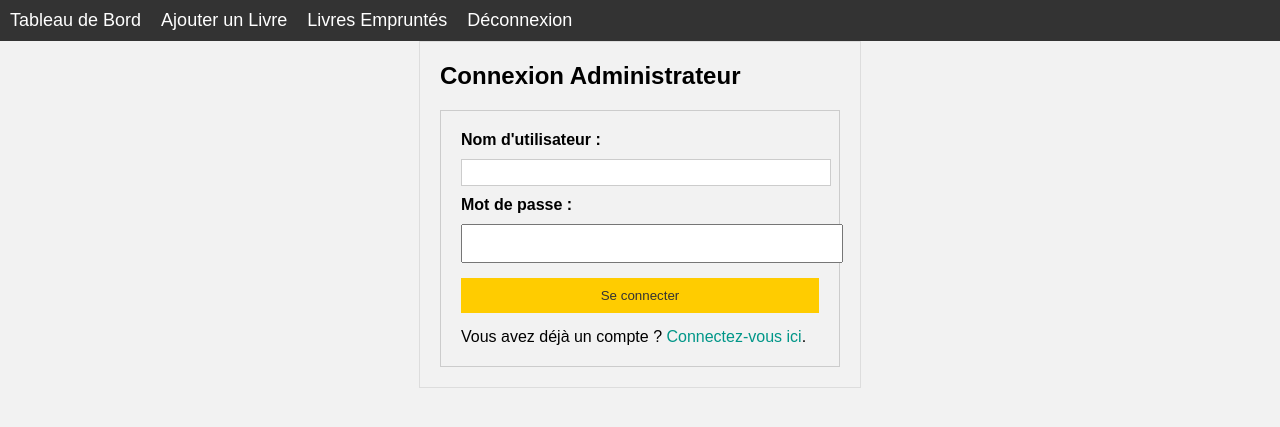
Repository: Eurin-lumen/space
Page: http://localhost/admin/admin_login.php
The author's editor kept a copy of each file at every save. The page is drawn from the files as they stood at one save, then again after the next save.
The browser window is 1280 px wide. The pictures show the whole page.
The page is run by PHP 8.4 with error messages shown; the project is at /var/www/html/.

Above is the page before, as saved 2023-07-23 04:02:15.

### admin/admin_login.php
<!DOCTYPE html>
<html>
<head>
    <title>Connexion Administrateur</title>
    <link rel="stylesheet" type="text/css" href="../css/style.css">
    <link rel="stylesheet" type="text/css" href="admin_style.css">
</head>
<body>
    <?php include 'admin_nav.php'; ?>

    <div class="login-form">
        <h2>Connexion Administrateur</h2>
        <?php
        // Inclure le fichier de fonctions
        require_once '../includes/functions.php';

        // Vérifier si l'administrateur est déjà connecté
        if (isAdminLoggedIn()) {
            header("Location: admin_dashboard.php");
            exit();
        }

        // Vérifier si le formulaire de connexion a été soumis
        if ($_SERVER["REQUEST_METHOD"] == "POST") {
            // Récupérer les données du formulaire
            $username = $_POST["username"];
            $password = $_POST["password"];

            // Connecter l'administrateur
            $result = adminLogin($username, $password);

            if ($result === true) {
                // Rediriger vers le tableau de bord de l'administrateur après une connexion réussie
                header("Location: admin_dashboard.php");
                exit();
            } elseif ($result === false) {
                echo '<p class="error-message">Nom d\'utilisateur ou mot de passe incorrect.</p>';
            }
        }
        ?>

        <form action="" method="post">
            <label for="username">Nom d'utilisateur :</label>
            <input type="text" id="username" name="username" required>

            <label for="password">Mot de passe :</label>
            <input type="password" id="password" name="password" required>

            <input type="submit" value="Se connecter">

            <p>Vous avez déjà un compte ? <a href="admin_login.php">Connectez-vous ici</a>.</p>

        </form>
    </div>
</body>
</html>

### admin/admin_nav.php
<nav class="admin-nav">
    <ul>
        <li><a href="admin_dashboard.php">Tableau de Bord</a></li>
        <li><a href="add_book.php">Ajouter un Livre</a></li>
        <li><a href="borrowed_books.php">Livres Empruntés</a></li>
        <li><a href="admin_logout.php">Déconnexion</a></li>
    </ul>
</nav>

### includes/functions.php
<?php
require_once 'config.php';
///* CAPITAINE *////

// Fonction pour récupérer tous les livres de la base de données
function getAllBooks() {
    global $conn;

    $sql = "SELECT * FROM books";
    $result = mysqli_query($conn, $sql);

    $books = array();

    while ($row = mysqli_fetch_assoc($result)) {
        $books[] = $row;
    }

    return $books;
}


//**END CAPITAINE */

// Fonction pour vérifier les informations de connexion de l'utilisateur
function checkLogin($username, $password) {
    global $conn;
    $sql = "SELECT id, password FROM users WHERE username = ?";
    $stmt = mysqli_prepare($conn, $sql);

    if (!$stmt) {
        return false;
    }

    mysqli_stmt_bind_param($stmt, "s", $username);
    mysqli_stmt_execute($stmt);
    mysqli_stmt_bind_result($stmt, $user_id, $hashed_password);
    mysqli_stmt_fetch($stmt);
    mysqli_stmt_close($stmt);

    // Vérifier si le mot de passe haché correspond au mot de passe saisi
    if (password_verify($password, $hashed_password)) {
        return $user_id;
    } else {
        return false;
    }
}

// Fonction pour ajouter un nouvel utilisateur
function addUser($username, $hashed_password) {
    global $conn;
    $sql = "INSERT INTO users (username, password) VALUES (?, ?)";
    $stmt = mysqli_prepare($conn, $sql);

    if (!$stmt) {
        return false;
    }

    mysqli_stmt_bind_param($stmt, "ss", $username, $hashed_password);
    $result = mysqli_stmt_execute($stmt);
    mysqli_stmt_close($stmt);

    return $result;
}

// Fonction pour récupérer les informations de l'utilisateur par son ID
function getUserById($user_id) {
    global $conn;
    $sql = "SELECT id, username, role FROM users WHERE id = ?";
    $stmt = mysqli_prepare($conn, $sql);

    if (!$stmt) {
        return null;
    }

    mysqli_stmt_bind_param($stmt, "i", $user_id);
    mysqli_stmt_execute($stmt);
    mysqli_stmt_bind_result($stmt, $id, $username, $role);
    mysqli_stmt_fetch($stmt);
    mysqli_stmt_close($stmt);

    if (!$id) {
        return null;
    }

    return ['id' => $id, 'username' => $username, 'role' => $role];
}

// Fonction pour récupérer les informations de l'utilisateur par son nom d'utilisateur
function getUserByUsername($username) {
    global $conn;
    $sql = "SELECT id, username FROM users WHERE username = ?";
    $stmt = mysqli_prepare($conn, $sql);

    if (!$stmt) {
        return null;
    }

    mysqli_stmt_bind_param($stmt, "s", $username);
    mysqli_stmt_execute($stmt);
    mysqli_stmt_bind_result($stmt, $id, $username);
    mysqli_stmt_fetch($stmt);
    mysqli_stmt_close($stmt);

    if (!$id) {
        return null;
    }

    return ['id' => $id, 'username' => $username];
}


// Fonction pour récupérer les livres empruntés par un utilisateur par son ID
function getBorrowedBooksByUserId($user_id) {
    global $conn;

    $sql = "SELECT books.title, books.author, books.borrow_date FROM borrowed_books JOIN books ON borrowed_books.book_id = books.id WHERE borrowed_books.user_id = ?";
    $stmt = mysqli_prepare($conn, $sql);

    if (!$stmt) {
        return array();
    }

    mysqli_stmt_bind_param($stmt, "i", $user_id);

    if (mysqli_stmt_execute($stmt)) {
        $result = mysqli_stmt_get_result($stmt);
        $borrowedBooks = array();
        while ($book = mysqli_fetch_assoc($result)) {
            $borrowedBooks[] = $book;
        }
        return $borrowedBooks;
    } else {
        return array();
    }
}

// Fonction pour récupérer les informations d'un livre à partir de son identifiant
function getBookById($bookId) {
    global $conn;

    // Préparer la requête SQL pour récupérer les informations du livre
    $sql = "SELECT * FROM books WHERE id = ?";
    $stmt = mysqli_prepare($conn, $sql);

    // Vérifier si la préparation de la requête a réussi
    if (!$stmt) {
        return null; // Une erreur s'est produite lors de la préparation de la requête
    }

    mysqli_stmt_bind_param($stmt, "i", $bookId);

    // Exécuter la requête
    if (mysqli_stmt_execute($stmt)) {
        // Récupérer le résultat de la requête
        $result = mysqli_stmt_get_result($stmt);

        // Vérifier si un livre a été trouvé
        if (mysqli_num_rows($result) === 1) {
            // Récupérer les informations du livre
            $book = mysqli_fetch_assoc($result);
            return $book; // Retourner les informations du livre
        } else {
            return null; // Aucun livre trouvé avec l'identifiant donné
        }
    } else {
        return null; // Une erreur s'est produite lors de l'exécution de la requête
    }
}


// Fonction pour emprunter un livre
function borrowBook($userId, $bookId) {
    global $conn;

    // Vérifier le nombre d'emprunts en cours de l'utilisateur
    $borrowedBooksCount = getBorrowedBooksCount($userId);
    if ($borrowedBooksCount >= 3) {
        return false; // Limite d'emprunts atteinte, impossible d'emprunter plus de livres
    }

    // Vérifier si le livre est disponible (au moins une copie disponible)
    $book = getBookById($bookId);
    if ($book['copies'] <= 0) {
        return false; // Livre indisponible, aucune copie disponible pour l'emprunt
    }

    // Préparer la requête SQL pour enregistrer l'emprunt du livre
    $sql = "INSERT INTO borrowings (user_id, book_id, borrow_date) VALUES (?, ?, NOW())";
    $stmt = mysqli_prepare($conn, $sql);

    // Vérifier si la préparation de la requête a réussi
    if (!$stmt) {
        return false; // Une erreur s'est produite lors de la préparation de la requête
    }

    mysqli_stmt_bind_param($stmt, "ii", $userId, $bookId);

    // Exécuter la requête
    if (mysqli_stmt_execute($stmt)) {
        // Mettre à jour le nombre de copies disponibles du livre
        $updatedCopies = $book['copies'] - 1;
        updateBookCopies($bookId, $updatedCopies);
        return true; // Livre emprunté avec succès
    } else {
        return false; // Une erreur s'est produite lors de l'emprunt du livre
    }
}

// Fonction pour retourner un livre
function returnBook($userId, $bookId) {
    global $conn;

    // Vérifier si l'utilisateur a emprunté le livre
    if (!isBookBorrowedByUser($userId, $bookId)) {
        return false; // L'utilisateur n'a pas emprunté ce livre, impossible de le retourner
    }

    // Préparer la requête SQL pour supprimer l'emprunt du livre
    $sql = "DELETE FROM borrowings WHERE user_id = ? AND book_id = ?";
    $stmt = mysqli_prepare($conn, $sql);

    // Vérifier si la préparation de la requête a réussi
    if (!$stmt) {
        return false; // Une erreur s'est produite lors de la préparation de la requête
    }

    mysqli_stmt_bind_param($stmt, "ii", $userId, $bookId);

    // Exécuter la requête
    if (mysqli_stmt_execute($stmt)) {
        // Mettre à jour le nombre de copies disponibles du livre
        $book = getBookById($bookId);
        $updatedCopies = $book['copies'] + 1;
        updateBookCopies($bookId, $updatedCopies);
        return true; // Livre retourné avec succès
    } else {
        return false; // Une erreur s'est produite lors du retour du livre
    }
}


// Fonction pour récupérer le nombre d'emprunts d'un utilisateur
function getBorrowedBooksCount($userId) {
    global $conn;

    // Préparer la requête SQL pour compter le nombre d'emprunts de l'utilisateur
    $sql = "SELECT COUNT(*) AS count FROM borrowings WHERE user_id = ?";
    $stmt = mysqli_prepare($conn, $sql);

    // Vérifier si la préparation de la requête a réussi
    if (!$stmt) {
        return 0; // Une erreur s'est produite lors de la préparation de la requête
    }

    mysqli_stmt_bind_param($stmt, "i", $userId);

    // Exécuter la requête
    mysqli_stmt_execute($stmt);

    // Récupérer le résultat de la requête
    $result = mysqli_stmt_get_result($stmt);

    // Récupérer le nombre d'emprunts
    $row = mysqli_fetch_assoc($result);
    $count = $row['count'];

    return $count;
}


// Fonction pour vérifier si un livre est emprunté par un utilisateur
function isBookBorrowedByUser($userId, $bookId) {
    global $conn;

    // Préparer la requête SQL pour vérifier si le livre est emprunté par l'utilisateur
    $sql = "SELECT * FROM borrowings WHERE user_id = ? AND book_id = ?";
    $stmt = mysqli_prepare($conn, $sql);

    // Vérifier si la préparation de la requête a réussi
    if (!$stmt) {
        return false; // Une erreur s'est produite lors de la préparation de la requête
    }

    mysqli_stmt_bind_param($stmt, "ii", $userId, $bookId);

    // Exécuter la requête
    mysqli_stmt_execute($stmt);

    // Récupérer le résultat de la requête
    $result = mysqli_stmt_get_result($stmt);

    // Vérifier si le livre est emprunté par l'utilisateur
    if (mysqli_num_rows($result) > 0) {
        return true; // Le livre est emprunté par l'utilisateur
    } else {
        return false; // Le livre n'est pas emprunté par l'utilisateur
    }
}

// Fonction pour rechercher des livres par titre ou auteur
function searchBooks($keyword) {
    global $conn;
    $sql = "SELECT * FROM books WHERE title LIKE ? OR author LIKE ?";
    $stmt = mysqli_prepare($conn, $sql);

    if (!$stmt) {
        return null;
    }

    $searchKeyword = "%" . $keyword . "%";
    mysqli_stmt_bind_param($stmt, "ss", $searchKeyword, $searchKeyword);
    mysqli_stmt_execute($stmt);
    $result = mysqli_stmt_get_result($stmt);
    mysqli_stmt_close($stmt);

    $books = array();
    while ($row = mysqli_fetch_assoc($result)) {
        $books[] = $row;
    }

    return $books;
}


/** PART ADMIN */

function getAdminById($admin_id) {
    global $conn;
    $sql = "SELECT id, username FROM admins WHERE id = ?";
    $stmt = mysqli_prepare($conn, $sql);

    if (!$stmt) {
        return null;
    }

    mysqli_stmt_bind_param($stmt, "i", $admin_id);
    mysqli_stmt_execute($stmt);
    mysqli_stmt_bind_result($stmt, $id, $username);
    mysqli_stmt_fetch($stmt);
    mysqli_stmt_close($stmt);

    if (!$id) {
        return null;
    }

    return ['id' => $id, 'username' => $username];
}

function getAdminByUsername($username) {
    global $conn;
    $sql = "SELECT id, username, password FROM admins WHERE username = ?";
    $stmt = mysqli_prepare($conn, $sql);

    if (!$stmt) {
        return null;
    }

    mysqli_stmt_bind_param($stmt, "s", $username);
    mysqli_stmt_execute($stmt);
    mysqli_stmt_bind_result($stmt, $id, $username, $hashedPassword);
    mysqli_stmt_fetch($stmt);
    mysqli_stmt_close($stmt);

    if (!$id) {
        return null;
    }

    return ['id' => $id, 'username' => $username, 'password' => $hashedPassword];
}

// Fonction pour enregistrer un nouvel administrateur

function registerAdmin($username, $password, $confirm_password) {
    global $conn;

    // Vérifier si les mots de passe correspondent
    if ($password !== $confirm_password) {
        return false; // Les mots de passe ne correspondent pas
    }

    // Vérifier si l'administrateur existe déjà dans la base de données
    $query = "SELECT id FROM admins WHERE username = ?";
    $stmt = mysqli_prepare($conn, $query);

    if (!$stmt) {
        return false; // Une erreur s'est produite lors de la préparation de la requête
    }

    mysqli_stmt_bind_param($stmt, "s", $username);
    mysqli_stmt_execute($stmt);
    mysqli_stmt_store_result($stmt);

    if (mysqli_stmt_num_rows($stmt) > 0) {
        return false; // L'administrateur existe déjà
    }

    // Hasher le mot de passe avant de l'enregistrer dans la base de données
    $hashed_password = password_hash($password, PASSWORD_DEFAULT);

    // Insérer le nouvel administrateur dans la base de données
    $query = "INSERT INTO admins (username, password) VALUES (?, ?)";
    $stmt = mysqli_prepare($conn, $query);

    if (!$stmt) {
        return false; // Une erreur s'est produite lors de la préparation de la requête
    }

    mysqli_stmt_bind_param($stmt, "ss", $username, $hashed_password);

    if (mysqli_stmt_execute($stmt)) {
        return true; // L'administrateur a été enregistré avec succès
    } else {
        return false; // Une erreur s'est produite lors de l'enregistrement de l'administrateur
    }
}

// Fonction pour vérifier si l'administrateur est connecté
function isAdminLoggedIn() {
    return isset($_SESSION['admin_id']);
}

// Fonction pour gérer la connexion de l'administrateur
function adminLogin($username, $password) {
    global $conn;

    // Vérifier si l'administrateur existe dans la base de données
    $admin = getAdminByUsername($username);

    if (!$admin) {
        return false; // L'administrateur n'existe pas
    }

    // Vérifier le mot de passe
    if (password_verify($password, $admin['password'])) {
        // Le mot de passe est correct, enregistrer l'ID de l'administrateur dans la session
        $_SESSION['admin_id'] = $admin['id'];
        return true; // Connexion réussie
    } else {
        return false; // Mot de passe incorrect
    }
}

### includes/config.php
<?php
// Configuration de la base de données
define('DB_HOST', 'localhost'); // Adresse du serveur de la base de données
define('DB_USER', 'root'); // Nom d'utilisateur de la base de données
define('DB_PASS', ''); // Mot de passe de la base de données
define('DB_NAME', 'library_management'); // Nom de la base de données

// Connexion à la base de données
$conn = mysqli_connect(DB_HOST, DB_USER, DB_PASS, DB_NAME);

// Vérifier la connexion
if (!$conn) {
    die("La connexion à la base de données a échoué : " . mysqli_connect_error());
}
?>

### css/style.css
/* Style commun pour toutes les pages */
body {
    font-family: Arial, sans-serif;
    margin: 0;
    padding: 0;
  }

  header {
    background-color: #333;
    color: #fff;
    padding: 10px;
    text-align: center;
  }

  main {
    padding: 20px;
  }

  /* Style spécifique pour la page search.php */
  .search-container {
    text-align: center;
  }

  .search-title {
    font-size: 24px;
    font-weight: bold;
    margin-bottom: 20px;
  }

  .search-form {
    display: flex;
    justify-content: center;
  }

  .search-input {
    padding: 10px;
    font-size: 16px;
    border: 1px solid #ccc;
    border-radius: 5px;
  }

  .search-button {
    padding: 10px 20px;
    background-color: #4CAF50;
    color: #fff;
    font-size: 16px;
    border: none;
    border-radius: 5px;
    cursor: pointer;
    margin-left: 10px;
  }

  .search-results {
    margin-top: 30px;
  }

  .search-result {
    border: 1px solid #ccc;
    border-radius: 5px;
    padding: 10px;
    margin-bottom: 10px;
  }

  .search-title {
    font-size: 20px;
    font-weight: bold;
  }

  .search-author {
    font-size: 16px;
    color: #888;
  }

  .search-description {
    font-size: 14px;
    color: #444;
  }


  /* Styles de base pour toute l'application */

/* Style du body */
body {
    font-family: Arial, sans-serif;
    margin: 0;
    padding: 0;
    background-color: #f2f2f2;
}

/* Style des liens */
a {
    color: #009688;
    text-decoration: none;
}

a:hover {
    color: #00796b;
}

/* Style des messages d'erreur */
.error-message {
    color: #ff0000;
}

/* Autres styles */
/* Vous pouvez ajouter d'autres styles de base spécifiques à votre projet */

### admin/admin_style.css
/* Styles spécifiques pour l'interface administrateur */

/* Style de la navigation */
.admin-nav {
    background-color: #333;
    padding: 10px;
}

.admin-nav ul {
    list-style-type: none;
    margin: 0;
    padding: 0;
    display: flex;
}

.admin-nav li {
    margin-right: 20px;
}

.admin-nav a {
    color: #fff;
    text-decoration: none;
    font-size: 18px;
}

.admin-nav a:hover {
    color: #ffcc00;
}

/* Style du tableau de bord administrateur */
.admin-dashboard {
    padding: 20px;
}

.admin-dashboard h2 {
    margin-bottom: 20px;
}

/* Style du formulaire d'ajout de livre */
.add-book-form {
    max-width: 500px;
    margin: 0 auto;
}

.add-book-form label,
.add-book-form input,
.add-book-form textarea,
.add-book-form select {
    display: block;
    width: 100%;
    margin-bottom: 15px;
}

.add-book-form input[type="submit"] {
    background-color: #ffcc00;
    color: #333;
    border: none;
    padding: 10px 20px;
    cursor: pointer;
}

.add-book-form input[type="submit"]:hover {
    background-color: #ffc000;
}

/* Style de la liste des livres */
.book-list {
    margin-top: 20px;
}

.book-list th,
.book-list td {
    padding: 10px;
    text-align: left;
    border-bottom: 1px solid #ddd;
}

.book-list th {
    background-color: #f2f2f2;
}

.book-list td.actions {
    white-space: nowrap;
}

/* Style du bouton pour consulter le PDF */
.view-pdf-button {
    background-color: #009688;
    color: #fff;
    border: none;
    padding: 5px 10px;
    border-radius: 3px;
    text-decoration: none;
}

.view-pdf-button:hover {
    background-color: #00796b;
}

/* Styles communs à l'interface utilisateur et administrateur */
/* Vous pouvez les définir dans le fichier style.css */

/* Style du header */
header {
    background-color: #333;
    padding: 20px;
    color: #fff;
    text-align: center;
}

header h1 {
    margin: 0;
}

/* Style du formulaire de connexion et d'inscription */
.login-form,
.register-form {
    max-width: 400px;
    margin: 0 auto;
    padding: 20px;
    border: 1px solid #ddd;
}

.login-form h2,
.register-form h2 {
    margin-bottom: 20px;
}

.login-form label,
.register-form label {
    display: block;
    margin-bottom: 10px;
}

.login-form input,
.register-form input {
    width: 100%;
    padding: 10px;
    margin-bottom: 15px;
}

.login-form input[type="submit"],
.register-form input[type="submit"] {
    background-color: #ffcc00;
    color: #333;
    border: none;
    padding: 10px 20px;
    cursor: pointer;
}

.login-form input[type="submit"]:hover,
.register-form input[type="submit"]:hover {
    background-color: #ffc000;
}

/* Style du footer */
footer {
    background-color: #333;
    padding: 10px;
    color: #fff;
    text-align: center;
}

/* Autres styles */
/* Styles communs */

/* Reset des marges et des paddings */
body, h1, h2, h3, h4, h5, h6, p, ul, li, form {
    margin: 0;
    padding: 0;
}

/* Police de caractère par défaut */
body {
    font-family: Arial, sans-serif;
}

/* Styles des en-têtes de page */
header {
    background-color: #333;
    color: #fff;
    padding: 20px;
}

header h1 {
    font-size: 24px;
}

/* Styles de la navigation */
nav {
    background-color: #444;
    color: #fff;
    padding: 10px;
}

nav ul {
    list-style: none;
}

nav ul li {
    display: inline-block;
    margin-right: 20px;
}

nav ul li a {
    color: #fff;
    text-decoration: none;
}

/* Styles des formulaires */
form {
    margin-top: 20px;
    padding: 20px;
    border: 1px solid #ccc;
    max-width: 400px;
}

form label {
    display: block;
    margin-bottom: 5px;
    font-weight: bold;
}

form input[type="text"],
form input[type="number"],
form textarea {
    width: 100%;
    padding: 5px;
    margin-bottom: 10px;
    border: 1px solid #ccc;
}

form input[type="submit"] {
    background-color: #333;
    color: #fff;
    padding: 10px 15px;
    border: none;
    cursor: pointer;
}

/* Styles spécifiques */

/* Styles pour admin_dashboard.php */
.admin-container {
    margin: 20px;
}

.admin-container table {
    width: 100%;
    border-collapse: collapse;
    margin-bottom: 20px;
}

.admin-container th, .admin-container td {
    padding: 10px;
    border: 1px solid #ccc;
}

.admin-container th {
    background-color: #444;
    color: #fff;
}

/* Styles pour add_book.php, edit_book.php, delete_book.php */
.admin-container form {
    width: 100%;
    max-width: 500px;
}

.admin-container form label {
    font-size: 16px;
}

.admin-container form input[type="file"] {
    margin-top: 10px;
}

.admin-container form a {
    display: inline-block;
    margin-top: 10px;
    color: #333;
    text-decoration: none;
}

.admin-container form a:hover {
    text-decoration: underline;
}

After the next save:
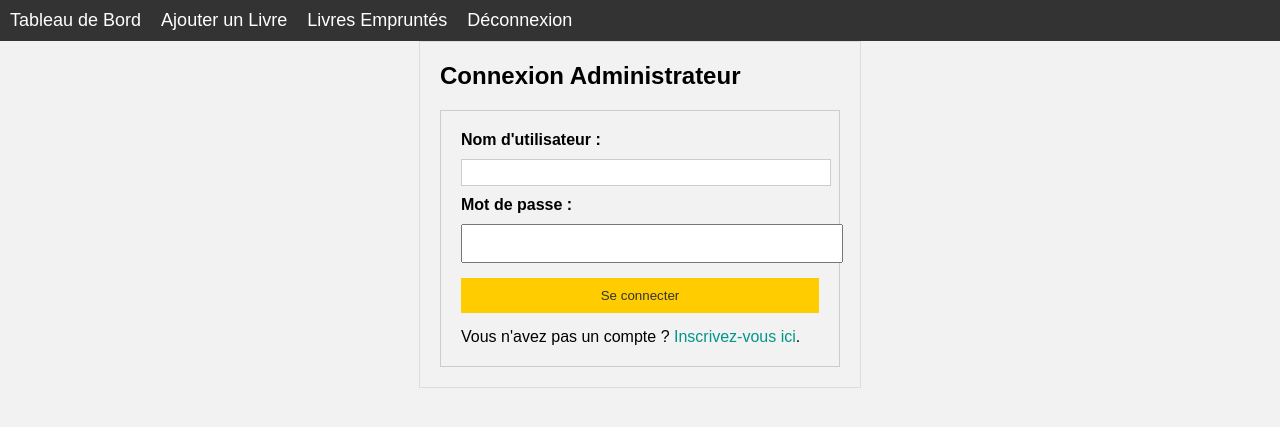
Saved 37 s later.
--- a/admin/admin_login.php
+++ b/admin/admin_login.php
@@ -48,7 +48,7 @@
 
             <input type="submit" value="Se connecter">
 
-            <p>Vous avez déjà un compte ? <a href="admin_login.php">Connectez-vous ici</a>.</p>
+            <p>Vous n'avez pas un compte ? <a href="admin_register.php">Inscrivez-vous ici</a>.</p>
 
         </form>
     </div>
